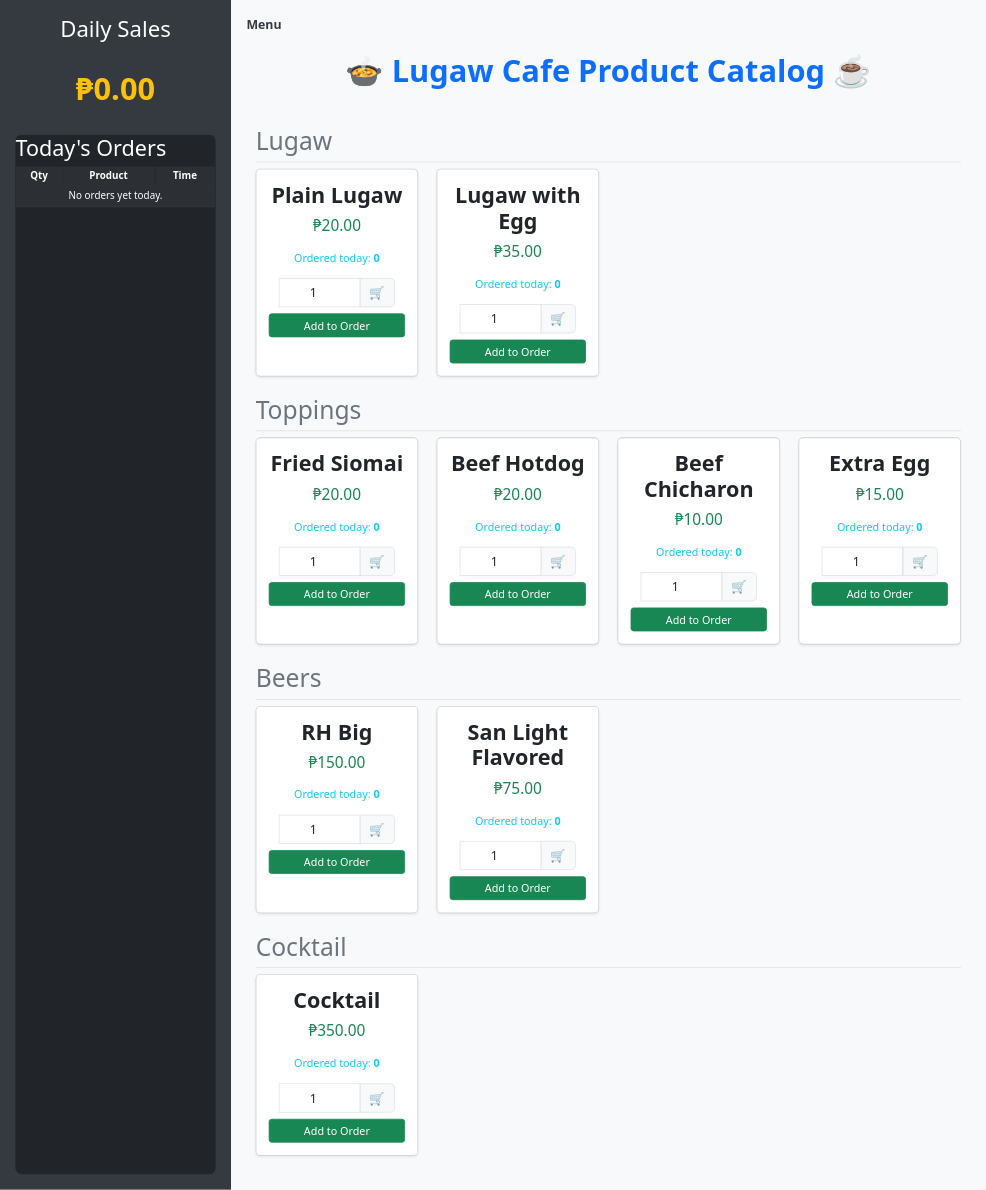
Repository: Jijiluzana225/lugawan_pitlane
Page: http://localhost/catalog/
An editor plug-in stored every save of this project. The page is shown before and after the next save, followed by the edit.
The browser window is 1280 px wide. The pictures show the whole page, at 77% of full size.
The page is served by the project's application, run on Django 5.2 (manage.py). The page reads the database file committed with the project.

Above is the page before, as saved 2025-03-06 09:51:45.

After the next save:
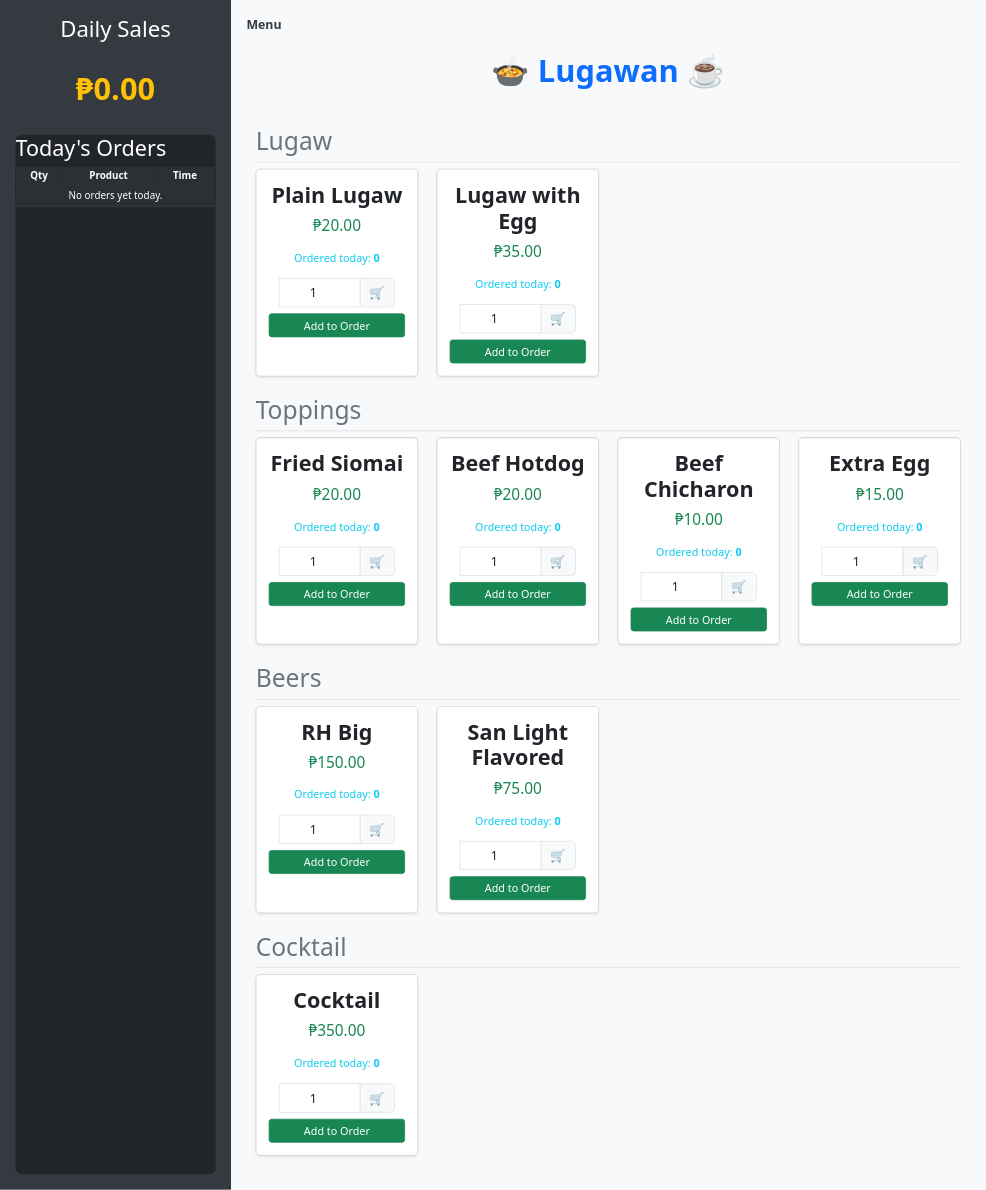
Saved 79 s later.
--- a/pos/templates/pos/catalog.html
+++ b/pos/templates/pos/catalog.html
@@ -4,7 +4,7 @@
 
 {% block content %}
 <div class="container mt-4">
-    <h1 class="text-center mb-5 text-primary fw-bold">🍲 Lugaw Cafe Product Catalog ☕</h1>
+    <h1 class="text-center mb-5 text-primary fw-bold">🍲 Lugawan ☕</h1>
 
     {% for category in categories %}
         <div class="category-section mb-4">
